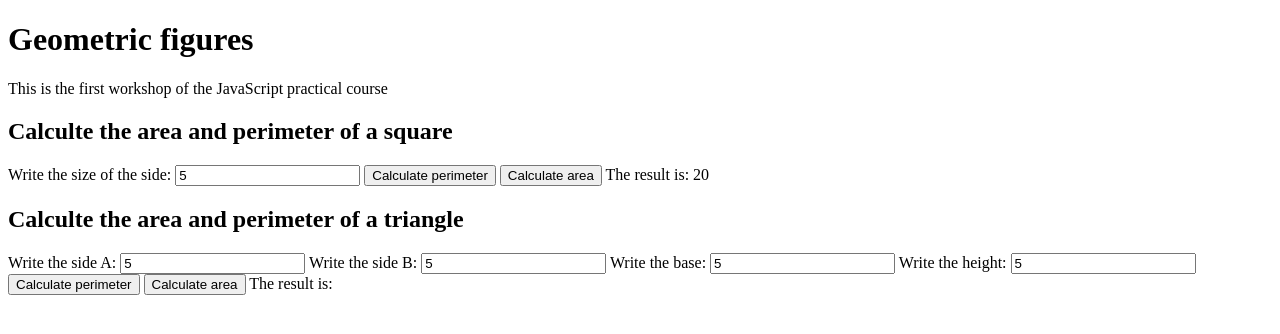
Repository: jangabe/curso-practico-javascript
Page: figures.html
An editor plug-in stored every save of this project. The page is shown before and after the next save, followed by the edit.
The browser window is 1280 px wide. The pictures show the whole page.
Empty fields were first filled with sample values (such as "Sample", 5 or name@example.com).
After loading, the first visible `button` was clicked once.

Above is the page before, as saved 2022-06-13 20:46:31.

After the next save:
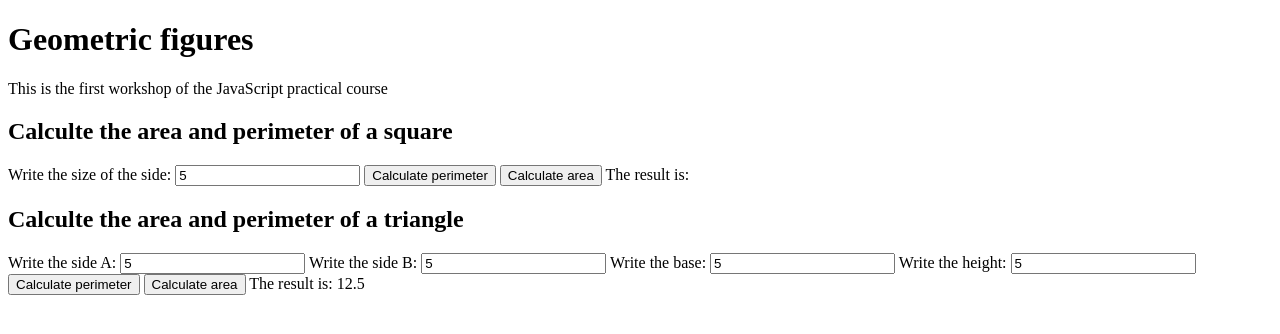
Saved 3 min 58 s later.
--- a/figures.js
+++ b/figures.js
@@ -78,3 +78,18 @@ function calculateAreaSquare(){
     const result = document.getElementById("ResultSquare");
     result.value = squareArea(SquareInputValue);
 }
+
+function calculatePerimeterSquare(){
+    const TriangleInputAValue = document.getElementById("TriangleInputA").value;
+    const TriangleInputBValue = document.getElementById("TriangleInputB").value;
+    const TriangleInputBaseValue = document.getElementById("TriangleInputBase").value;
+    const result = document.getElementById("ResultTriangle");
+    result.value = trianglePerimeter(TriangleInputAValue, TriangleInputBValue, TriangleInputBaseValue);
+}
+
+function calculatePerimeterSquare(){
+    const TriangleInputBaseValue = document.getElementById("TriangleInputBase").value;
+    const TriangleInputHeightValue = document.getElementById("TriangleInputHeight").value;
+    const result = document.getElementById("ResultTriangle");
+    result.value = triangleArea(TriangleInputBaseValue, TriangleInputHeightValue);
+}
